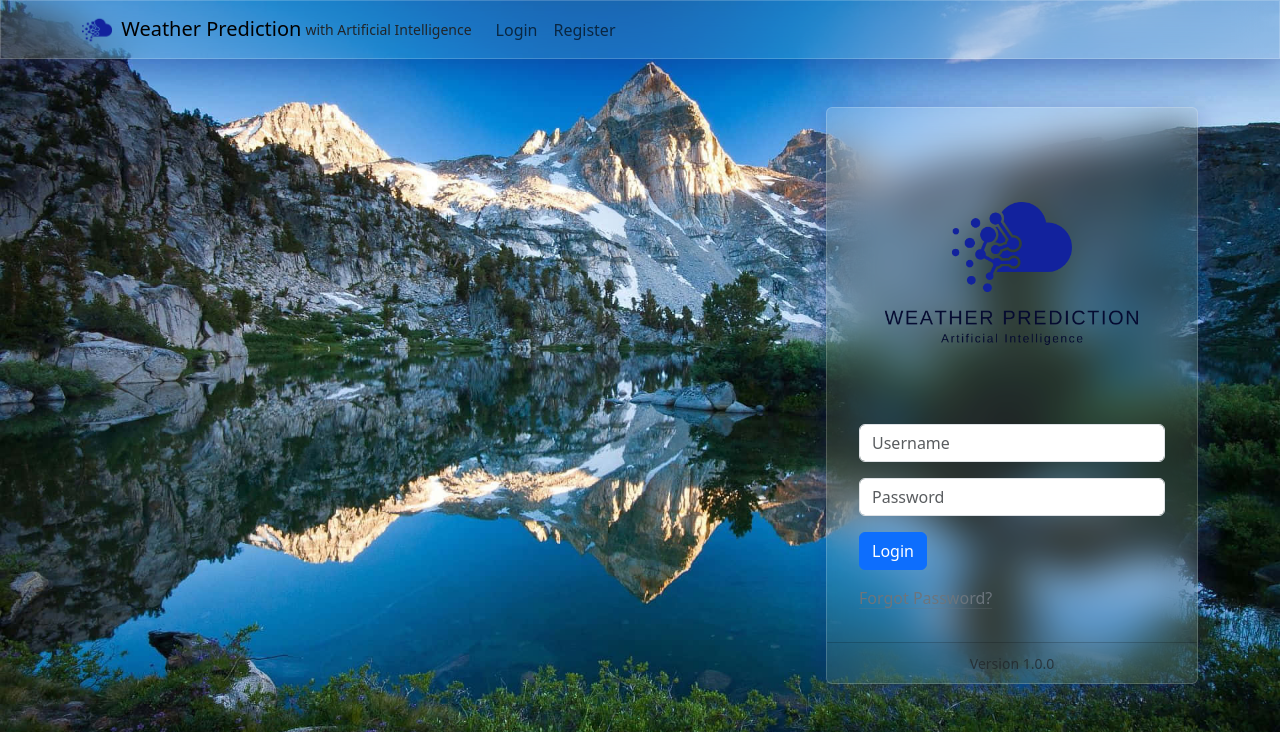
Repository: rustycoder/weather_prediction
Page: http://localhost/weather_admin/
An editor plug-in stored every save of this project. The page is shown before and after the next save, followed by the edit.
The browser window is 1280 px wide. The pictures show the whole page.
Backgrounds fixed to the window are drawn as part of the page. The page is served by the project's application, run on Django 5.2 (manage.py).

Above is the page before, as saved 2025-03-03 19:31:32.

After the next save:
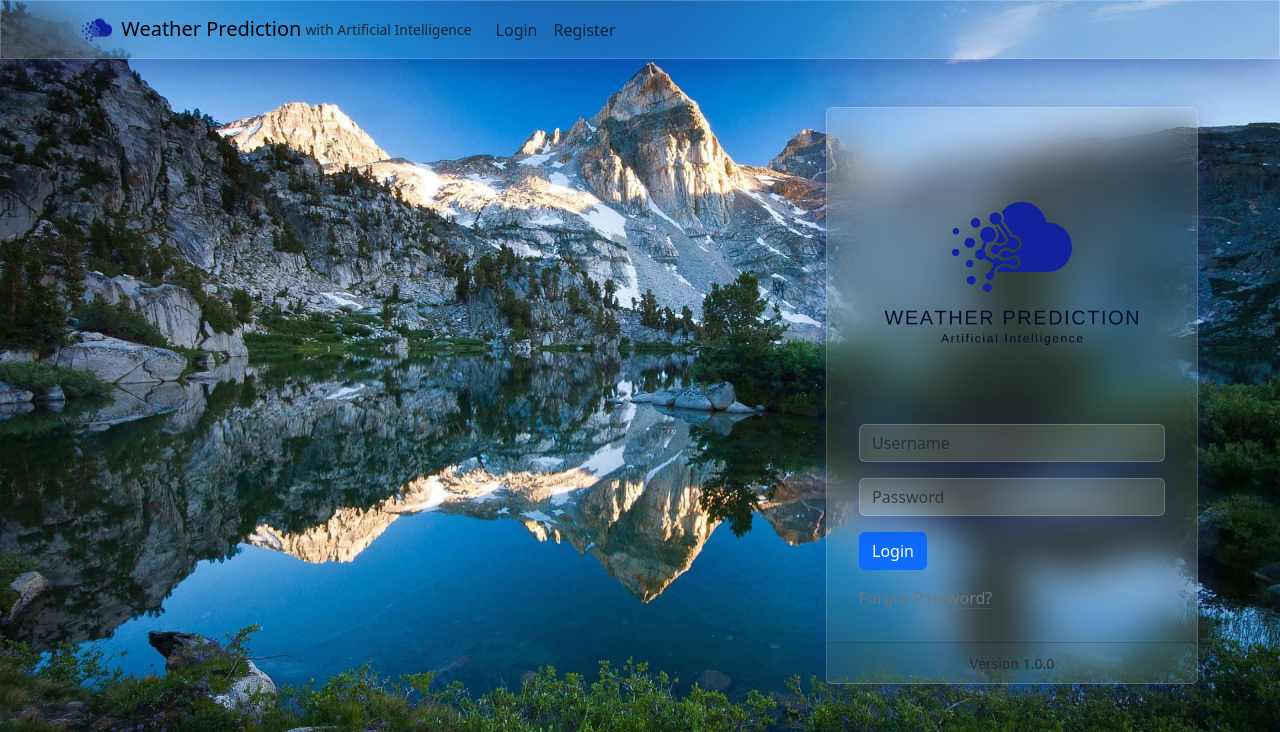
Saved 22 s later.
--- a/weather_admin/templates/login.html
+++ b/weather_admin/templates/login.html
@@ -10,10 +10,11 @@
                 <form method="POST" action="{% url 'weather_admin_login' %}">
                     {% csrf_token %}
                     <div class="mb-3">
-                        <input type="text" class="form-control" name="username" placeholder="Username" required>
+                        <input type="text" class="form-control glass" name="username" placeholder="Username" required>
                     </div>
                     <div class="mb-3">
-                        <input type="password" class="form-control" name="password" placeholder="Password" required>
+                        <input type="password" class="form-control glass" name="password" placeholder="Password"
+                            required>
                     </div>
                     <button type="submit" class="btn btn-primary">Login</button>
                     <div class="mb-3 mt-3">
